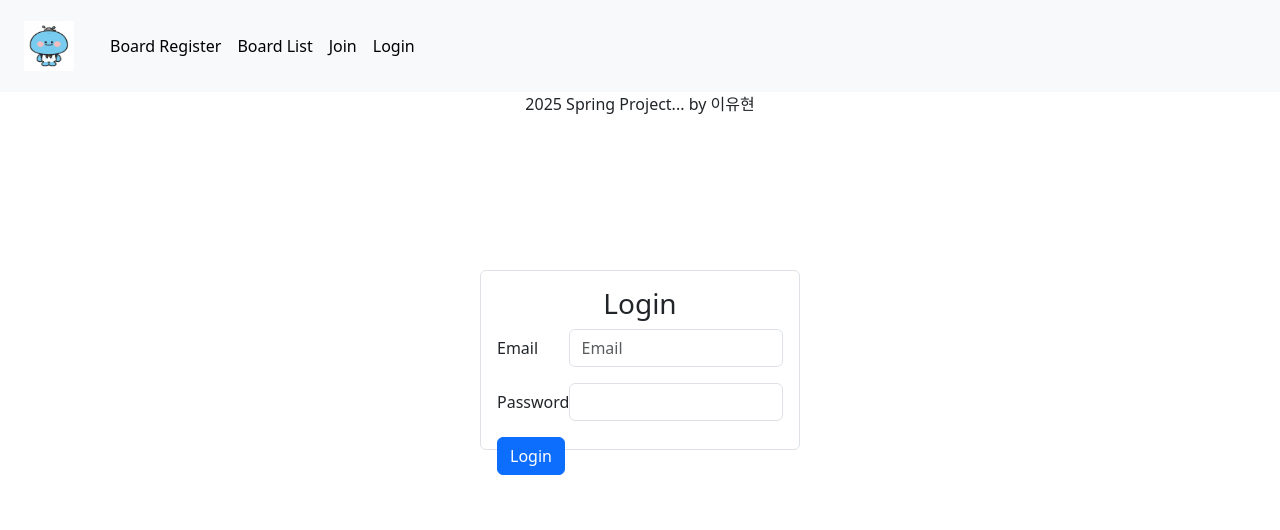
Repository: LeeYouHyeon/6.Spring
Page: http://localhost/spring_project/WEB-INF/views/user/login.jsp
The author's editor kept a copy of each file at every save. The page is drawn from the files as they stood at one save, then again after the next save.
The browser window is 1280 px wide. The pictures show the whole page.
The page is served by Tomcat 9. Nobody is signed in. The template is opened directly, without the code that normally fills it, so the values that code supplies are empty.

Above is the page before, as saved 2025-06-10 05:16:09.

After the next save:
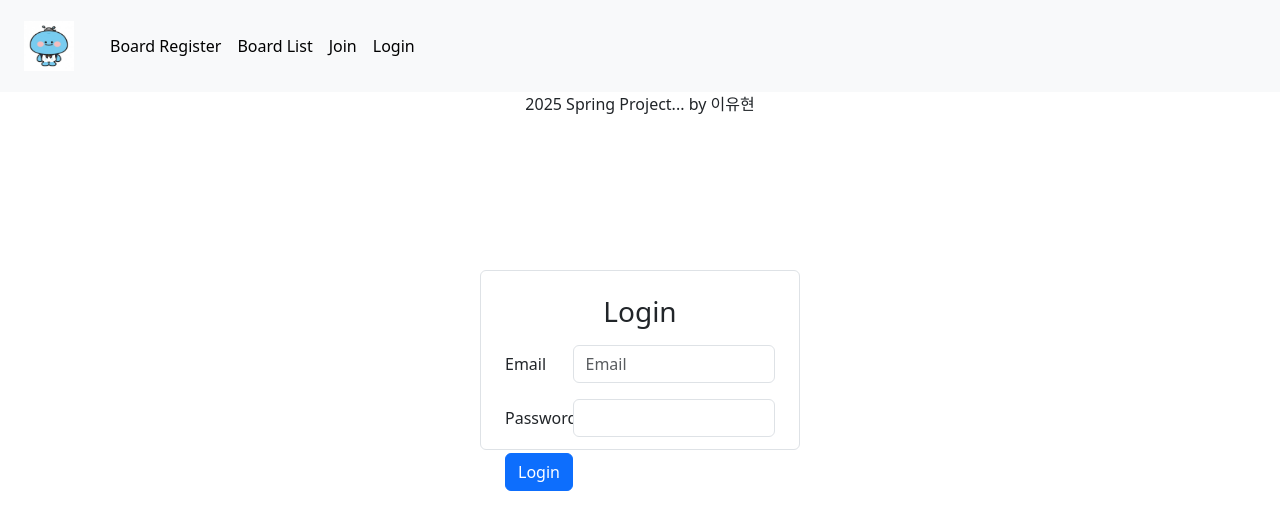
Saved 12 s later.
--- a/spring_project/src/main/webapp/WEB-INF/views/user/login.jsp
+++ b/spring_project/src/main/webapp/WEB-INF/views/user/login.jsp
@@ -2,8 +2,8 @@
 <%@ include file="../layout/header.jsp"%>
 <%@ taglib uri="http://java.sun.com/jsp/jstl/core" prefix="c" %>
 
-<div class="w-25 h-25 p-3 border rounded position-absolute top-50 start-50 translate-middle">
-	<h3 class="text-center">Login</h3>
+<div class="w-25 h-25 p-4 border rounded position-absolute top-50 start-50 translate-middle">
+	<h3 class="text-center mb-3">Login</h3>
 	<form action="/user/login" method="post">
 		<div class="mb-3 d-flex justify-content-around align-items-center">
 			<div class="w-25">Email</div>
